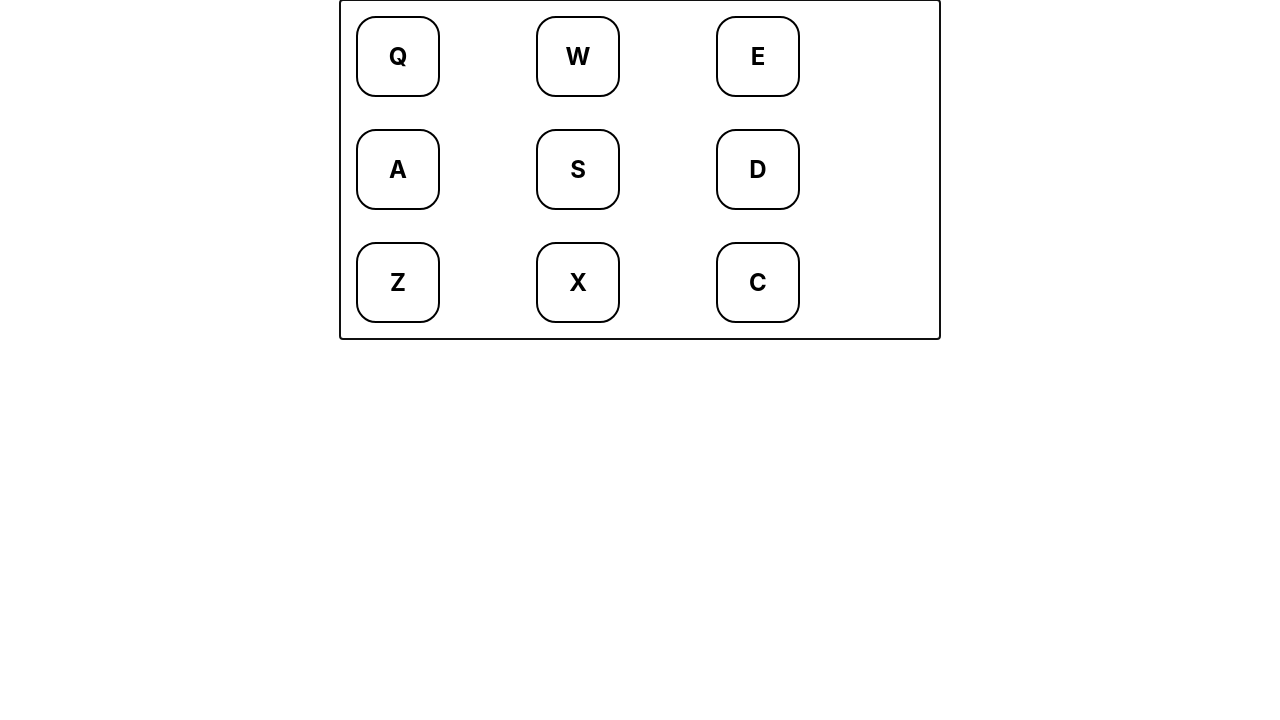
Repository: milac0/drum-machine
Page: /
These files come from the project's save history. The page is drawn as it stood at one moment and after the next save; the edit follows.
The browser window is 1280 px wide. The pictures show the whole page.
The project was rebuilt for these pictures with package versions that can differ from the ones it lists, and the page was loaded fresh each time.

Above is the page before, as saved 2019-10-25 17:36:40.

### public/index.html
<!DOCTYPE html>
<html lang="en">
  <head>
    <meta charset="utf-8" />
    <link rel="shortcut icon" href="%PUBLIC_URL%/favicon.ico" />
    <meta name="viewport" content="width=device-width, initial-scale=1" />
    <meta name="theme-color" content="#000000" />
    <!--
      manifest.json provides metadata used when your web app is installed on a
      user's mobile device or desktop. See https://developers.google.com/web/fundamentals/web-app-manifest/
    -->
    <link rel="manifest" href="%PUBLIC_URL%/manifest.json" />
    <!--
      Notice the use of %PUBLIC_URL% in the tags above.
      It will be replaced with the URL of the `public` folder during the build.
      Only files inside the `public` folder can be referenced from the HTML.

      Unlike "/favicon.ico" or "favicon.ico", "%PUBLIC_URL%/favicon.ico" will
      work correctly both with client-side routing and a non-root public URL.
      Learn how to configure a non-root public URL by running `npm run build`.
    -->
    <title>Drum Machine</title>
  </head>
  <body>
    <noscript>You need to enable JavaScript to run this app.</noscript>
    <div id="root"></div>
    <!--
      This HTML file is a template.
      If you open it directly in the browser, you will see an empty page.

      You can add webfonts, meta tags, or analytics to this file.
      The build step will place the bundled scripts into the <body> tag.

      To begin the development, run `npm start` or `yarn start`.
      To create a production bundle, use `npm run build` or `yarn build`.
    -->
    <!-- <script src="https://cdn.freecodecamp.org/testable-projects-fcc/v1/bundle.js"></script> -->
  </body>
</html>

### src/index.css
html {
  height: 100%;
}

body {
  margin: 0;
  height: 100%;
  font-family: -apple-system, BlinkMacSystemFont, "Segoe UI", "Roboto", "Oxygen",
    "Ubuntu", "Cantarell", "Fira Sans", "Droid Sans", "Helvetica Neue",
    sans-serif;
  -webkit-font-smoothing: antialiased;
  -moz-osx-font-smoothing: grayscale;
}

### src/App.js
import React, { Fragment } from "react";
import "./App.css";
import DrumPad from "./Components/DrumPad";

class App extends React.Component {
  constructor(props) {
    super(props);
    this.references = {};
    this.state = { display: "" };
    this.keyPressRef = React.createRef();
    this.handleClick = this.handleClick.bind(this);
    this.handleKeyDown = this.handleKeyDown.bind(this);
    this.getOrCreateRef = this.getOrCreateRef.bind(this);
    this.setDisplay = this.setDisplay.bind(this);
  }

  componentDidMount() {
    this.keyPressRef.current.focus();
  }

  handleClick = id => {
    // console.log(this.references[id].current);
    this.references[id].current.play();
    this.references[id].current.currentTime = 0;
    this.setDisplay(id);
  };

  handleKeyDown = e => {
    if (this.references.hasOwnProperty(e.key.toUpperCase())) {
      this.references[e.key.toUpperCase()].current.play();
      this.references[e.key.toUpperCase()].current.currentTime = 0;
    }
    this.setDisplay(e.key.toUpperCase());
  };

  setDisplay(id) {
    let display;
    try {
      display = drums.filter(elem => elem.id === id)[0].text;
    } catch {
      display = this.state.display;
    }
    console.log(display);
    this.setState({ display });
  }

  getOrCreateRef(id) {
    if (!this.references.hasOwnProperty(id)) {
      return (this.references[id] = React.createRef());
    } else return this.references[id];
  }

  render() {
    return (
      <Fragment>
      <div
        id="drum-machine"
        ref={this.keyPressRef}
        onKeyDown={this.handleKeyDown}
        tabIndex="0"
      >


        {/* <div id="drum-pads"> */}
          {drums.map((elem, i) => (
            <DrumPad
              name={elem.text}
              ref={this.getOrCreateRef(elem.id)}
              clickHandler={this.handleClick}
              id={elem.id}
              src={elem.src}
              key={i}
            />
          ))}
        {/* </div> */}
      </div>
      <p id="display">{this.state.display}</p>
      </Fragment>
    );
  }
}

const drums = [
  {
    id: "Q",
    text: "hit the nail",
    src:
      "https://sampleswap.org/samples-ghost/DRUMS%20(SINGLE%20HITS)/Kicks/16[kb]808bd.aif.mp3"
  },
  {
    id: "W",
    text: "badong",
    src:
      "https://sampleswap.org/samples-ghost/DRUMS%20(SINGLE%20HITS)/Kicks/152[kb]808bd3.aif.mp3"
  },
  {
    id: "E",
    text: "stop kick",
    src:
      "https://sampleswap.org/samples-ghost/DRUMS%20(SINGLE%20HITS)/Kicks/15[kb]808bd2.aif.mp3"
  },
  {
    id: "A",
    text: "pang",
    src:
      "https://sampleswap.org/samples-ghost/DRUMS%20(SINGLE%20HITS)/Kicks/152[kb]808distbd.aif.mp3"
  },
  {
    id: "S",
    text: "boing",
    src:
      "https://sampleswap.org/samples-ghost/DRUMS%20(SINGLE%20HITS)/Kicks/67[kb]808sub.aif.mp3"
  },
  {
    id: "D",
    text: "absolute insane kikdrum",
    src:
      "https://sampleswap.org/samples-ghost/DRUMS%20(SINGLE%20HITS)/Kicks/69[kb]absolutely-insane-kikdrum.wav.mp3"
  },
  {
    id: "Z",
    text: "absurdistan kick",
    src:
      "https://sampleswap.org/samples-ghost/DRUMS%20(SINGLE%20HITS)/Kicks/34[kb]absurdistan-kick.wav.mp3"
  },
  {
    id: "X",
    text: "backwards in crash",
    src:
      "https://sampleswap.org/samples-ghost/DRUMS%20(SINGLE%20HITS)/Gongs%20and%20Super%20Crashes/61[kb]backwards-in-crash.aif.mp3"
  },
  {
    id: "C",
    text: "cymbals",
    src:
      "https://sampleswap.org/samples-ghost/DRUMS%20(SINGLE%20HITS)/Cymbals/100[kb]curiouscym1.aif.mp3"
  }
];

export default App;

### src/App.css
#drum-machine {
  max-width: 600px;
  margin: 0 auto;
  display: grid;
  grid-template-columns: 180px 180px 180px;
}

.drum-pad {
  max-width: 80px;
  height: auto;
  margin: 1em;
  border: 2px solid black;
  border-radius: 20px;
  text-align: center;
}

.drum-pad p {
  font-size: 1.5rem;
  font-weight: 700;
}

/* #display {
  margin: 0 auto;
  height: 30px;
  width: 200px;
  padding: 10px;
  background: #FDC8C8;
  text-align: center;
}

.drum-pad {
  width: 240px;
  text-align: center;
  border: 1px solid black;
  padding: 1rem 1.5rem;
}

#W {
  grid-column-start: 2;
  grid-column-end: 3;
}

#E {
  grid-column-start: 3;
  grid-column-end: 4;
}

.drum-pad:hover {
  cursor: pointer;
} */

### src/Components/DrumPad.js
import React from "react";

const DrumPad = React.forwardRef((props, ref) => (
  <div
    className="drum-pad"
    id={props.id}
    onClick={() => props.clickHandler(props.id)}
    text={props.name}
  >
    <p>{props.id}</p>
    <audio ref={ref} src={props.src} className="clip" id={props.id}></audio>
  </div>
));

export default DrumPad;

Loaded but not shown: src/index.js (common file)

After the next save:
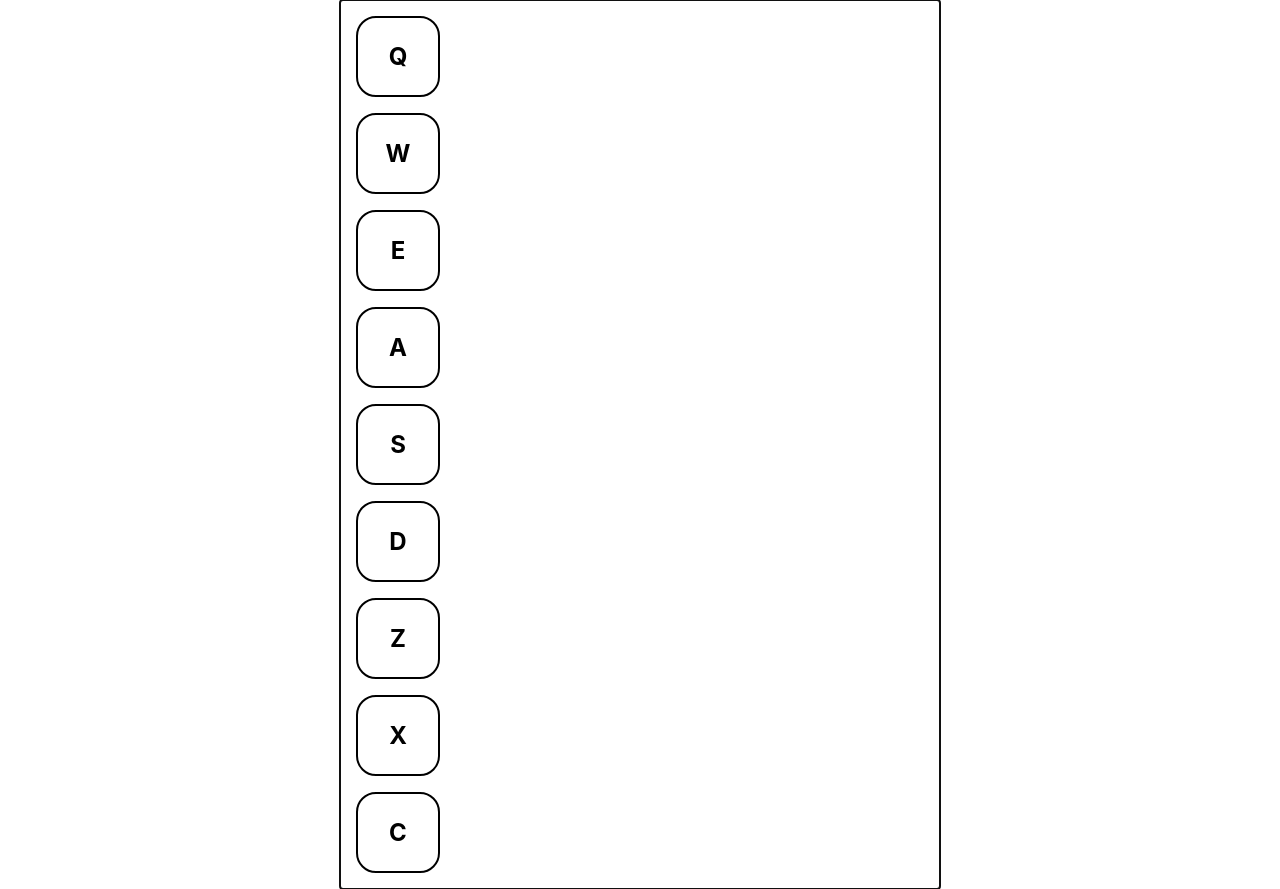
Saved 61 s later.
--- a/src/App.js
+++ b/src/App.js
@@ -61,7 +61,7 @@ class App extends React.Component {
       >
 
 
-        {/* <div id="drum-pads"> */}
+        <div id="drum-pads">
           {drums.map((elem, i) => (
             <DrumPad
               name={elem.text}
@@ -72,7 +72,7 @@ class App extends React.Component {
               key={i}
             />
           ))}
-        {/* </div> */}
+        </div>
       </div>
       <p id="display">{this.state.display}</p>
       </Fragment>
